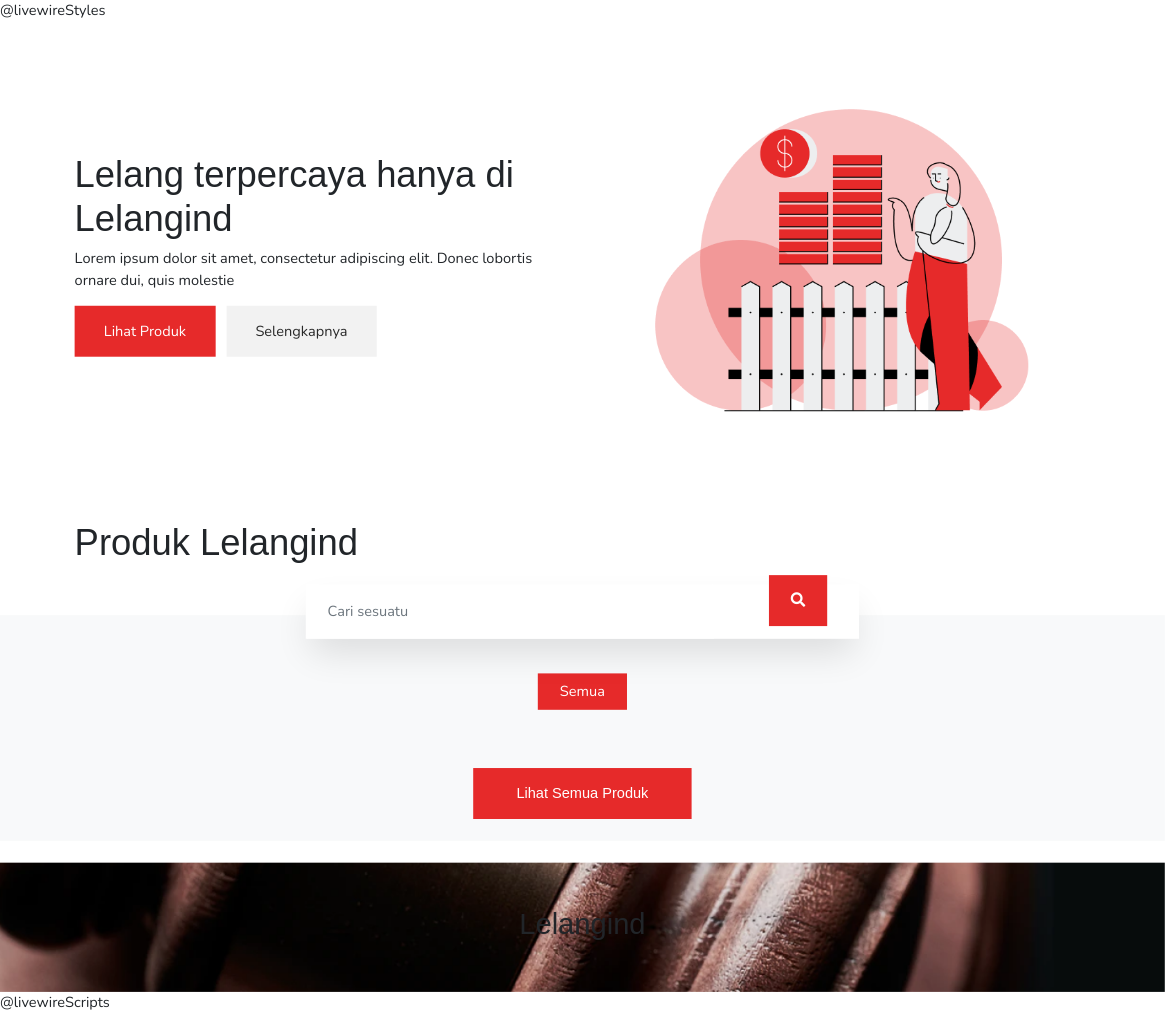
Repository: khulqu15/lelangyuk
Page: http://localhost/
The author's editor kept a copy of each file at every save. The page is drawn from the files as they stood at one save, then again after the next save.
The browser window is 1280 px wide. The pictures show the whole page, at 91% of full size.
Backgrounds fixed to the window are drawn as part of the page. Some web fonts or font styles are not loaded; a fallback is used. The page is served by the project's Laravel application, run on PHP 8.4 with Laravel 8. Other server files are loaded and not shown. Queries for data that is not in the repository find no rows.

Above is the page before, as saved 2021-02-15 15:58:49.

### routes/web.php
<?php

use App\Http\Controllers\PageController;
use App\Http\Livewire\Page\Home;
use Illuminate\Support\Facades\Route;

/*
|--------------------------------------------------------------------------
| Web Routes
|--------------------------------------------------------------------------
|
| Here is where you can register web routes for your application. These
| routes are loaded by the RouteServiceProvider within a group which
| contains the "web" middleware group. Now create something great!
|
*/

Route::get('/', [PageController::class, 'home'])->name('home');

Route::get('home', [Home::class, 'render']);

Route::middleware(['auth:sanctum', 'verified'])->get('/dashboard', function () {
    return view('dashboard');
})->name('dashboard');

### app/Http/Controllers/PageController.php
<?php

namespace App\Http\Controllers;

use App\Models\CategoryProduct;
use App\Models\Product;
use Illuminate\Http\Request;

class PageController extends Controller
{
    public $product;
    public $ctr;

    public function __construct(Product $product, CategoryProduct $category)
    {
        $this->ctr = $category;
        $this->product = $product;
    }

    public function home(Request $request)
    {
        $query = $this->product->query();
        $product = $query->with('Category');
        if($request->get('name')) {
            $products = $query->where('name', 'LIKE', "%".$request->get('name')."%");
        }
        if($request->get('category')) {
            $products = $query->where('category_id', $request->get('category'));
        }
        $products = $query->paginate(6);
        $categories = $this->ctr->paginate(4);
        return view('welcome', compact('products', 'categories'));
    }

    public function products(Request $request)
    {

    }

    public function product(Request $request)
    {

    }
}

### app/Http/Controllers/Controller.php
<?php

namespace App\Http\Controllers;

use GuzzleHttp\Exception\ClientException;
use Illuminate\Foundation\Auth\Access\AuthorizesRequests;
use Illuminate\Foundation\Bus\DispatchesJobs;
use Illuminate\Foundation\Validation\ValidatesRequests;
use Illuminate\Routing\Controller as BaseController;

class Controller extends BaseController
{
    use AuthorizesRequests, DispatchesJobs, ValidatesRequests;

    public function onSuccess($dataType, $data, $requestType = null)
    {
        if($requestType != null) {
            return response()->json([
                'status' => "$dataType $requestType",
                'code' => '200',
                'data' => $data
            ]);
        }
        if($data == null) {
            return response()->json([
                'status' => "$dataType Not Found",
                'code' => '404',
                'message' => "Data $dataType belum ada",
                'data' => $data
            ]);
        }
        return response()->json([
            'status' => "$dataType Founded",
            'code' => '200',
            'message' => "Data $dataType ditemukan",
            'data' => $data
        ]);
    }

    public function onError(\Exception $e)
    {
        if($e instanceof ClientException) {
            $nException = json_decode($e->getResponse()->getBody()->getContents(), true);
            if($nException) {
                $e = new \Exception($nException['reason'], $nException['code']);
            }
        }
        $exceptions = [
            'status' => 'Failed Error',
            'code' => $e->getCode(),
            'error' => $e->getMessage(),
        ];
        return response()->json($exceptions);
    }
}

### app/Models/Product.php
<?php

namespace App\Models;

use Illuminate\Database\Eloquent\Factories\HasFactory;
use Illuminate\Database\Eloquent\Model;

class Product extends Model
{
    use HasFactory;

    protected $table = 'products';

    protected $fillable = ['name', 'close', 'price', 'picture', 'description', 'category_id'];

    public function Category()
    {
        return $this->belongsTo(CategoryProduct::class, 'category_id');
    }
}

### app/Models/CategoryProduct.php
<?php

namespace App\Models;

use Illuminate\Database\Eloquent\Factories\HasFactory;
use Illuminate\Database\Eloquent\Model;

class CategoryProduct extends Model
{
    use HasFactory;

    protected $table = 'category_products';

    protected $fillable = ['name'];

    public function Product()
    {
        return $this->hasMany(Product::class, 'category_id');
    }
}

### resources/views/welcome.blade.php
@extends('layouts.general')

@section('title', 'Beranda')

@section('content')

<div class="container py-5">
    <div class="row pt-5 pb-4">
        <div class="col-md-6 pt-5">
            <h1 class="viga">Lelang terpercaya hanya di Lelangind</h1>
            <p>Lorem ipsum dolor sit amet, consectetur adipiscing elit. Donec lobortis ornare dui, quis molestie </p>
            <button class="btn btnm-primary">Lihat Produk</button>
            <button class="btn btnm-light mx-2">Selengkapnya</button>
        </div>
        <div class="col-md-6 py-md-0 py-4 text-center">
            <img src="{{ asset('img/illust/home.png') }}" class="w-75" alt="">
        </div>
    </div>
</div>

<div class="container mt-5">
    <div class="row">
        <div class="col-md-12">
            <h1 class="viga">Produk Lelangind</h1>
        </div>
    </div>
</div>

<div class="container-fluid mt-5 pt-3 bg-light">
    <div class="container">
        <div class="row">
            <div class="col-md-8 offset-md-2 text-center position-relative">
                <div class="input-search-home">
                    <form action="{{ route('home') }}" method="GET">
                        <div class="row">
                            <div class="col-9">
                                <input value="{{ request()->get('name') == null ? null : request()->get('name') }}"
                                type="text" name="name" placeholder="Cari sesuatu" class="form-control px-4 border-0">
                            </div>
                            <div class="col-3">
                                @if (Request::get('name') == null)
                                    <button type="submit" class="btn btnm-primary px-4">
                                        <i class="fas fa-search"></i>
                                    </button>
                                @else
                                    <a href="{{ route('home') }}" type="button" class="btn btnm-light px-4">
                                        <i class="fas fa-undo"></i>
                                    </a>
                                @endif
                            </div>
                        </div>
                    </form>
                </div>
                <div class="pt-5 pb-3">
                    <a href="{{ route('home') }}" class="btn {{ request()->get('category') == null ? 'btnm-primary' : 'btnm-light' }} btnm-primary my-md-0 my-2 mx-2 px-4 py-2">Semua</a>
                    @foreach ($categories as $category)
                        <a href="{{ route('home', ['category' => $category->id]) }}"
                        class="btn {{ request()->get('category') == $category->id ? 'btnm-primary' : 'btnm-light' }} my-md-0 my-2 mx-2 px-4 py-2">{{ $category->name }}</a>
                    @endforeach
                </div>
            </div>
        </div>
        <div class="row my-4">
            @foreach ($products as $product)
            <div class="col-md-4 col-sm-6 my-2">
                <div class="card card-product border-0 cursor-point mb-4">
                    <div class="image">
                        <img src="{{ asset('img/product/'.$product->picture) }}" class="w-100 image-fit-card" alt="Produk">
                    </div>
                    <div class="body p-4">
                        <h4 class="viga">{{ $product->name }}</h4>
                        <div>
                            <div class="line-category"></div>
                            <p class="mb-0 d-inline-block textm-gray position-relative" style="top: 3px">{{ $product->category->name }}</p>
                        </div>
                        <div class="mt-4">
                            <h5 class="viga textm-primary">Rp {{ number_format($product->price) }},-</h5>
                        </div>
                        <button class="btn viga btnm-primary py-3 px-5 position-absolute" style="right:0; bottom: -16px">Lebih Detail</button>
                    </div>
                </div>
            </div>
            @endforeach
            <div class="col-12 text-center py-4">
                <button class="btn btnm-primary px-5 py-3 viga">Lihat Semua Produk</button>
            </div>
        </div>
    </div>
</div>

<div class="container-fluid py-5 bg-hammer-bottom">
    <div class="row">
        <div class="col-md-8 offset-md-2 text-center">
            <h2 class="viga">Lelangind</h2>
        </div>
    </div>
</div>

@endsection

### resources/views/layouts/general.blade.php
<!DOCTYPE html>
<html lang="{{ str_replace('_', '-', app()->getLocale()) }}">
    <head>
        <meta charset="utf-8">
        <meta name="viewport" content="width=device-width, initial-scale=1">

        <title>Lelangind | @yield('title')</title>

        <link rel="shortcut icon" href="{{ asset('img/logo.png') }}" type="image/x-icon">

        <!-- Fonts -->
        <link href="https://fonts.googleapis.com/css2?family=Nunito:wght@400;600;700&display=swap" rel="stylesheet">
        <link href="https://fonts.googleapis.com/css2?family=Viga:wght@400;600;700&display=swap" rel="stylesheet">

        {{-- Scripts --}}
        <script src="{{ asset('js/jquery-3.5.1.min.js') }}"></script>
        <script src="{{ asset('js/bootstrap.min.js') }}"></script>
        <script src="{{ asset('js/all.min.js') }}"></script>
        <script src="{{ asset('js/fontawesome.min.js') }}"></script>

        @yield('asset')

        <!-- Styles -->
        <link rel="stylesheet" href="{{ asset('css/bootstrap.min.css') }}">
        <link rel="stylesheet" href="{{ asset('css/all.min.css') }}">
        <link rel="stylesheet" href="{{ asset('css/fontawesome.min.css') }}">
        <link rel="stylesheet" href="{{ asset('css/style.css') }}">
        <style>
            /*! normalize.css v8.0.1 | MIT License | github.com/necolas/normalize.css */html{line-height:1.15;-webkit-text-size-adjust:100%}body{margin:0}a{background-color:transparent}[hidden]{display:none}html{font-family:system-ui,-apple-system,BlinkMacSystemFont,Segoe UI,Roboto,Helvetica Neue,Arial,Noto Sans,sans-serif,Apple Color Emoji,Segoe UI Emoji,Segoe UI Symbol,Noto Color Emoji;line-height:1.5}*,:after,:before{box-sizing:border-box;border:0 solid #e2e8f0}a{color:inherit;text-decoration:inherit}svg,video{display:block;vertical-align:middle}video{max-width:100%;height:auto}.bg-white{--bg-opacity:1;background-color:#fff;background-color:rgba(255,255,255,var(--bg-opacity))}.bg-gray-100{--bg-opacity:1;background-color:#f7fafc;background-color:rgba(247,250,252,var(--bg-opacity))}.border-gray-200{--border-opacity:1;border-color:#edf2f7;border-color:rgba(237,242,247,var(--border-opacity))}.border-t{border-top-width:1px}.flex{display:flex}.grid{display:grid}.hidden{display:none}.items-center{align-items:center}.justify-center{justify-content:center}.font-semibold{font-weight:600}.h-5{height:1.25rem}.h-8{height:2rem}.h-16{height:4rem}.text-sm{font-size:.875rem}.text-lg{font-size:1.125rem}.leading-7{line-height:1.75rem}.mx-auto{margin-left:auto;margin-right:auto}.ml-1{margin-left:.25rem}.mt-2{margin-top:.5rem}.mr-2{margin-right:.5rem}.ml-2{margin-left:.5rem}.mt-4{margin-top:1rem}.ml-4{margin-left:1rem}.mt-8{margin-top:2rem}.ml-12{margin-left:3rem}.-mt-px{margin-top:-1px}.max-w-6xl{max-width:72rem}.min-h-screen{min-height:100vh}.overflow-hidden{overflow:hidden}.p-6{padding:1.5rem}.py-4{padding-top:1rem;padding-bottom:1rem}.px-6{padding-left:1.5rem;padding-right:1.5rem}.pt-8{padding-top:2rem}.fixed{position:fixed}.relative{position:relative}.top-0{top:0}.right-0{right:0}.shadow{box-shadow:0 1px 3px 0 rgba(0,0,0,.1),0 1px 2px 0 rgba(0,0,0,.06)}.text-center{text-align:center}.text-gray-200{--text-opacity:1;color:#edf2f7;color:rgba(237,242,247,var(--text-opacity))}.text-gray-300{--text-opacity:1;color:#e2e8f0;color:rgba(226,232,240,var(--text-opacity))}.text-gray-400{--text-opacity:1;color:#cbd5e0;color:rgba(203,213,224,var(--text-opacity))}.text-gray-500{--text-opacity:1;color:#a0aec0;color:rgba(160,174,192,var(--text-opacity))}.text-gray-600{--text-opacity:1;color:#718096;color:rgba(113,128,150,var(--text-opacity))}.text-gray-700{--text-opacity:1;color:#4a5568;color:rgba(74,85,104,var(--text-opacity))}.text-gray-900{--text-opacity:1;color:#1a202c;color:rgba(26,32,44,var(--text-opacity))}.underline{text-decoration:underline}.antialiased{-webkit-font-smoothing:antialiased;-moz-osx-font-smoothing:grayscale}.w-5{width:1.25rem}.w-8{width:2rem}.w-auto{width:auto}.grid-cols-1{grid-template-columns:repeat(1,minmax(0,1fr))}@media (min-width:640px){.sm\:rounded-lg{border-radius:.5rem}.sm\:block{display:block}.sm\:items-center{align-items:center}.sm\:justify-start{justify-content:flex-start}.sm\:justify-between{justify-content:space-between}.sm\:h-20{height:5rem}.sm\:ml-0{margin-left:0}.sm\:px-6{padding-left:1.5rem;padding-right:1.5rem}.sm\:pt-0{padding-top:0}.sm\:text-left{text-align:left}.sm\:text-right{text-align:right}}@media (min-width:768px){.md\:border-t-0{border-top-width:0}.md\:border-l{border-left-width:1px}.md\:grid-cols-2{grid-template-columns:repeat(2,minmax(0,1fr))}}@media (min-width:1024px){.lg\:px-8{padding-left:2rem;padding-right:2rem}}@media (prefers-color-scheme:dark){.dark\:bg-gray-800{--bg-opacity:1;background-color:#2d3748;background-color:rgba(45,55,72,var(--bg-opacity))}.dark\:bg-gray-900{--bg-opacity:1;background-color:#1a202c;background-color:rgba(26,32,44,var(--bg-opacity))}.dark\:border-gray-700{--border-opacity:1;border-color:#4a5568;border-color:rgba(74,85,104,var(--border-opacity))}.dark\:text-white{--text-opacity:1;color:#fff;color:rgba(255,255,255,var(--text-opacity))}.dark\:text-gray-400{--text-opacity:1;color:#cbd5e0;color:rgba(203,213,224,var(--text-opacity))}}
        </style>

        <style>
            body {
                font-family: 'Nunito';
            }
        </style>
        @livewireStyles
    </head>
    <body class="antialiased">

        @yield('content')

    @livewireScripts
    </body>
</html>

### public/css/style.css
.viga {
    font-family: 'Viga', sans-serif;
}
.bgm-primary {
    background-color: #E62A2A !important;
}
.btnm-primary {
    border: none;
    border-radius: 0px !important;
    transition: all .3s ease-in-out;
    background-color: #E62A2A !important;
    padding: 1rem 2rem;
    color: white;
}
.cursor-point {
    cursor: pointer;
}
.btnm-primary:hover {
    color: white !important;
    background-color: #c01c1c !important;
}
.btnm-light {
    border: none;
    border-radius: 0px !important;
    transition: all .3s ease-in-out;
    background-color: #f2f2f2 !important;
    padding: 1rem 2rem;
    color: #292929;
}
.btnm-light:hover {
    color: #292929 !important;
    background-color: #c2c2c2 !important;
}
.textm-primary {
    color: #E62A2A !important;
}
.textm-gray {
    color: gray !important;
}

.input-search-home {
    width: 80%;
    position: absolute;
    left: 10%;
    height: 60px;
    box-shadow: 0px 20px 40px -6px rgba(0, 0, 0, 0.12);
    top: -50px;
    background-color: white;
}
.input-search-home input {
    height: 60px;
}
.input-search-home button,
.input-search-home a {
    position: relative;
    top: -10px;
}


.card-product {
    width: 100%;
    transition: all .3s ease-in-out;
    height: 370px;
    background-color: white;
}
.card-product:hover {
    box-shadow: 12px 24px 48px rgba(0, 0, 0, 0.09);
}
.card-product .image {
    width: 100%;
    height: 170px;
    background-color: #f36c6c;
    overflow: hidden;
}
.card-product .image img {
    transition: all .3s ease-in-out;
}
.card-product .image:hover img {
    transform: scale(1.1);
    opacity: .6;
}
.image-fit-card {
    width: 100%;
    height: 100%;
    object-fit: cover !important;
}
.card-product .line-category {
    display: inline-block;
    width: 20px;
    height: 3px;
    background-color: gray;
}

.bg-hammer-bottom {
    background: url('../img/wallpaper/hammer.png');
    background-attachment: fixed;
    background-position: center;
    background-size: cover;
}

Loaded but not shown: public/js/jquery-3.5.1.min.js (library); public/js/bootstrap.min.js (library); public/js/fontawesome.min.js (library); public/css/bootstrap.min.css (library); public/css/all.min.css (library); public/css/fontawesome.min.css (library)

After the next save:
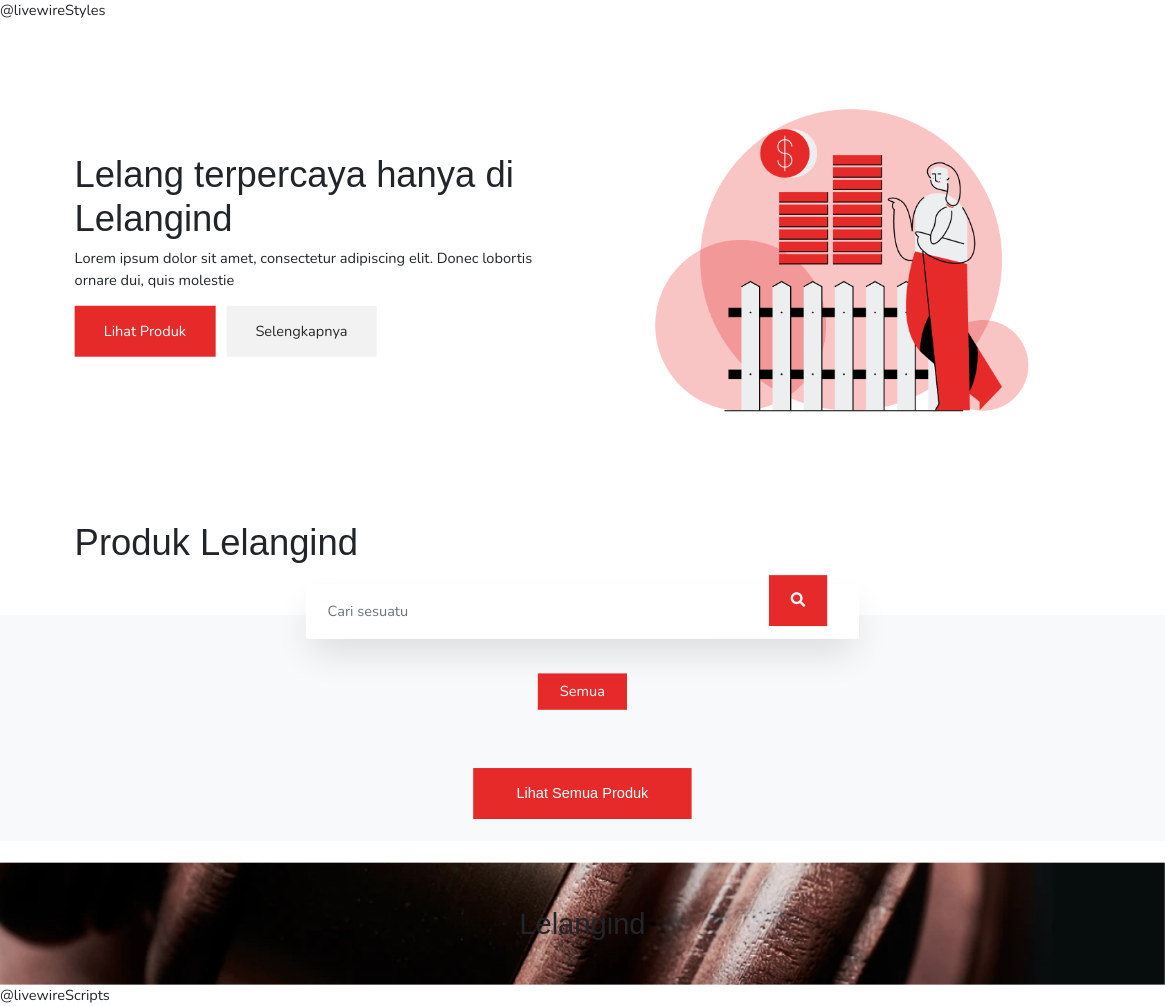
Saved 4 s later.
--- a/resources/views/welcome.blade.php
+++ b/resources/views/welcome.blade.php
@@ -91,7 +91,7 @@
 <div class="container-fluid py-5 bg-hammer-bottom">
     <div class="row">
         <div class="col-md-8 offset-md-2 text-center">
-            <h2 class="viga">Lelangind</h2>
+            <h2 class="viga mb-0">Lelangind</h2>
         </div>
     </div>
 </div>
